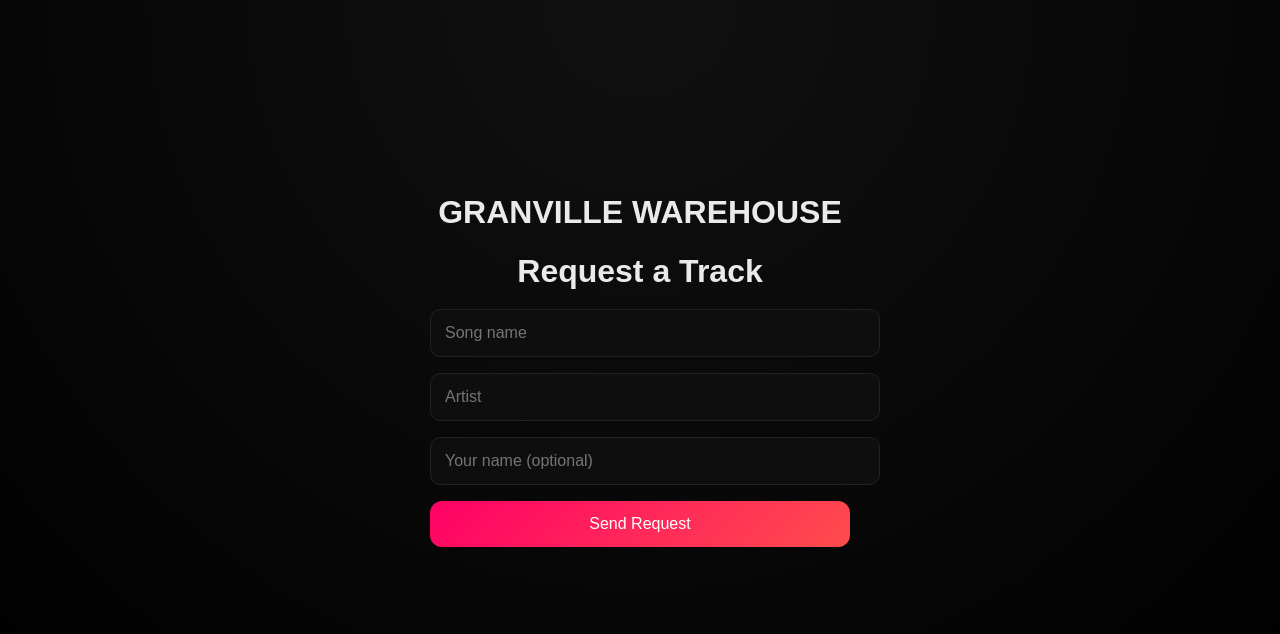
Repository: AryanHeravi/DJ-Request
Page: song_request.html
An editor plug-in stored every save of this project. The page is shown before and after the next save, followed by the edit.
The browser window is 1280 px wide. The pictures show the whole page.

Above is the page before, as saved 2026-01-27 22:55:32.
Console error: ReferenceError: emailjs is not defined

After the next save:
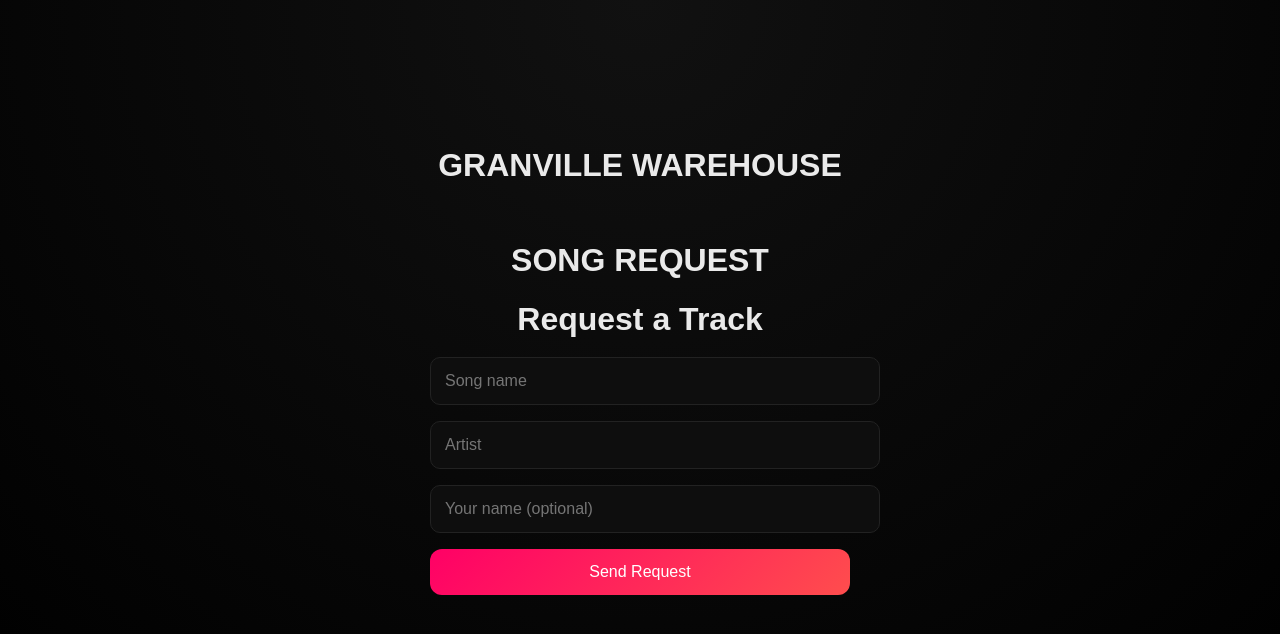
Saved 47 s later.
--- a/song_request.html
+++ b/song_request.html
@@ -96,7 +96,8 @@ button {
 
 <body>
 <div class="container">
-<h1>GRANVILLE WAREHOUSE</h1>
+    <h1>GRANVILLE WAREHOUSE</h1> <br>
+    <h1>SONG REQUEST</h1>
     <div id="status" class="status"></div>
     <div id="countdown" class="countdown"></div>
 
